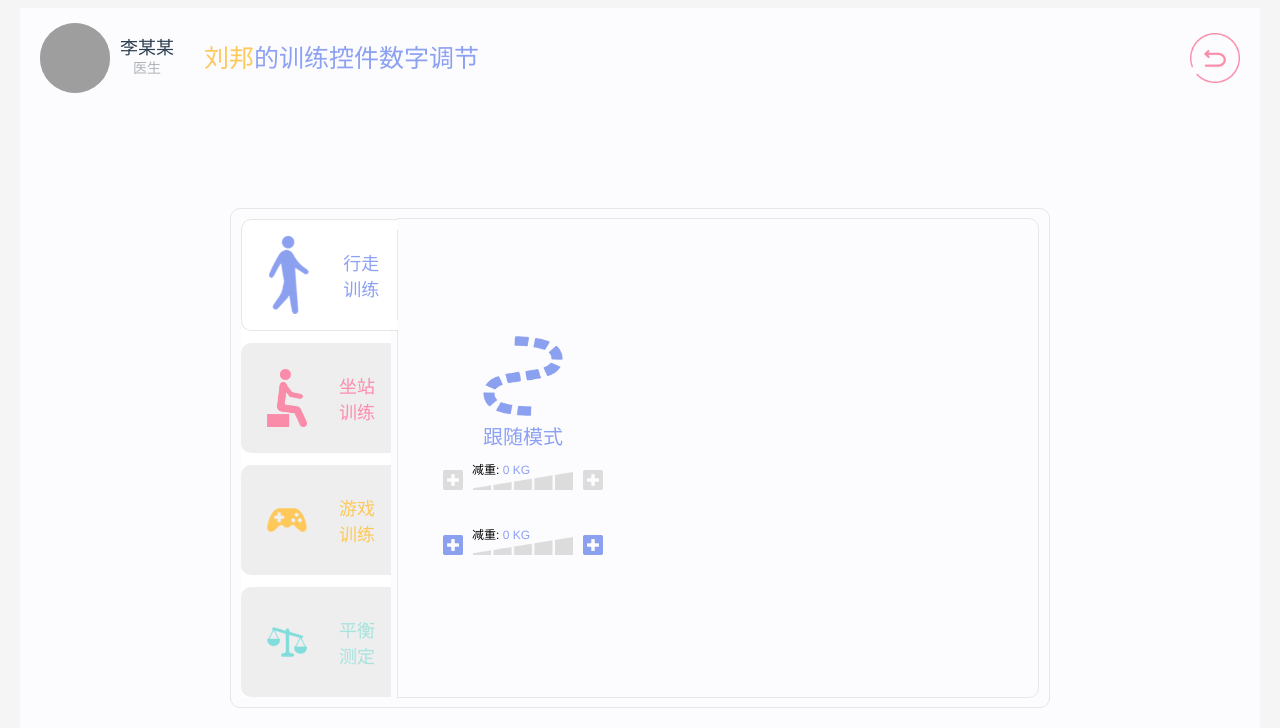
Repository: wangdanqing90/electron-vue-doctor
Page: /#/trainingAdjust
An editor plug-in stored every save of this project. The page is shown before and after the next save, followed by the edit.
The browser window is 1280 px wide. The pictures show the whole page.
Pictures or frames that could not be fetched are drawn as grey boxes. The project was rebuilt for these pictures with package versions that can differ from the ones it lists, and the page was loaded fresh each time. Also part of the build but not shown: vue.config.js, src/views/Home.vue, src/assets/styles/variable.scss, src/assets/styles/iconfont.css.

Above is the page before, as saved 2020-01-15 14:12:30.

### public/index.html
<!DOCTYPE html>
<html lang="en">
  <head>
    <meta charset="utf-8">
    <meta http-equiv="X-UA-Compatible" content="IE=edge">
    <meta name="viewport" content="width=device-width,initial-scale=1.0">
    <link rel="icon" href="<%= BASE_URL %>favicon.ico">
    <title>electron-vue-demo</title>
  </head>
  <body>
    <noscript>
      <strong>We're sorry but electron-vue-demo doesn't work properly without JavaScript enabled. Please enable it to continue.</strong>
    </noscript>
    <div id="app"></div>
    <!-- built files will be auto injected -->
  </body>
</html>

### src/main.js
import Vue from 'vue'
import ElementUI from 'element-ui';
import 'element-ui/lib/theme-chalk/index.css';
import App from './App.vue'
import router from './router'
import store from './store'


import './assets/styles/variable.scss';
import './assets/styles/base.scss';
import './assets/styles/common.scss';
import './assets/styles/iconfont.css';
import common from './assets/js/common.js';


Vue.config.productionTip = false;
Vue.prototype.common = common;
Vue.use(ElementUI);


var vm = new Vue({
  router,
  store,
  render: h => h(App)
}).$mount('#app')





//var addon = require('bindings')('hello');var addon = require('bindings')('hello');
//alert(addon.hello()); // 'world'

### src/App.vue
<template>
  <div id="app">
    <!-- <div id="nav">
      <router-link to="/">Home</router-link> |
      <router-link to="/about">About</router-link>
    </div>-->
    <keep-alive>
      <router-view v-if="$route.meta.keepAlive"></router-view>
    </keep-alive>
    <router-view v-if="!$route.meta.keepAlive"></router-view>
  </div>
</template>

<style lang="scss">
#app {
  font-family: "Avenir", Helvetica, Arial, sans-serif;
  -webkit-font-smoothing: antialiased;
  -moz-osx-font-smoothing: grayscale;
  text-align: center;
  color: #2c3e50;
  height: 100%;
}
#nav {
  padding: 30px;
  a {
    font-weight: bold;
    color: #2c3e50;
    &.router-link-exact-active {
      color: #42b983;
    }
  }
}
</style>

### src/assets/styles/base.scss
html {
  background: #f5f5f5;
  height: 100%;
}

body {
  height: 100%;
}

p {
  margin: 0;
  padding: 0;
}

ol,
ul {
  list-style: none;
  margin: 0;
  padding: 0;
}

a {
  cursor: pointer;
}

.wrap-white {
  background: #fff;
  padding-left: 20px;
  padding-right: 20px;
  overflow: hidden;

}

.el-breadcrumb {
  margin-bottom: 15px;
}

.el-titleText {
  font-size: 20px;
  color: black;
  height: 64px;
  line-height: 64px;
}

//::-webkit-scrollbar {
//  width: 5px;
//  height: 5px;
//}
//
//::-webkit-scrollbar:horizontal {
//  height: 15px;
//}
//
//::-webkit-scrollbar-track-piece:vertical {
//  background-color: rgba(0, 0, 0, 0.2);
//  -webkit-border-radius: 6px;
//}
//
//::-webkit-scrollbar-track:horizontal {
//  background-color: rgba(0, 0, 0, 0.2);
//}
//
//::-webkit-scrollbar-thumb:vertical {
//  height: 5px;
//  background-color: rgba(125, 125, 125, 0.7);
//  -webkit-border-radius: 6px;
//}
//
//::-webkit-scrollbar-thumb:horizontal {
//  width: 5px;
//  background-color: rgba(125, 125, 125, 0.7);
//}

input[type="text"],
input[type="number"] {
  //-webkit-appearance: none;
  background-color: #fff;
  border-radius: 4px;
  border: 1px solid #d8dce5;
  box-sizing: border-box;
  color: #5a5e66;
  display: inline-block;
  font-size: inherit;
  height: 40px;
  line-height: 1;
  outline: 0;
  padding: 0 15px;
  -webkit-transition: border-color .2s cubic-bezier(.645, .045, .355, 1);
  transition: border-color .2s cubic-bezier(.645, .045, .355, 1);
  width: 100%;

  &:hover {
    border-color: #b4bccc;
  }

  &:focus {
    border-color: #409EFF;
    outline: 0;
  }
}

/*滚动条*/
::-webkit-scrollbar {
  -webkit-appearance: none;
}

::-webkit-scrollbar:vertical {
  width: 10px;
}

::-webkit-scrollbar:horizontal {
  height: 10px;
}

::-webkit-scrollbar-thumb {
  background-color: rgba(0, 0, 0, .5);
  border-radius: 10px;
  border: 2px solid #ffffff;
}

::-webkit-scrollbar-track {
  border-radius: 10px;
  background-color: #ffffff;
}

/*margin*/
.margin-bottom-240 {
  margin-bottom: 240px;
}

.margin-top--10 {
  margin-top: -10px;
}

.margin-top--15 {
  margin-top: -15px;
}

.margin-top--18 {
  margin-top: -18px;
}

.margin-top--20 {
  margin-top: -20px;
}

.margin-top--40 {
  margin-top: -40px;
}

.margin-top--60 {
  margin-top: -60px;
}

.margin-top--80 {
  margin-top: -80px;
}

.margin-top--180 {
  margin-top: -180px;
}

.margin-top-0 {
  margin-top: 0px !important;
}

.margin-top-10 {
  margin-top: 10px;
}

.margin-top-15 {
  margin-top: 15px;
}

.margin-top-20 {
  margin-top: 20px;
}

.margin-top-25 {
  margin-top: 25px;
}

.margin-top-30 {
  margin-top: 30px;
}

.margin-top-35 {
  margin-top: 35px;
}

.margin-top-40 {
  margin-top: 40px;
}

.margin-top-46 {
  margin-top: 46px;
}

.margin-top-50 {
  margin-top: 50px;
}

.margin-top-60 {
  margin-top: 60px;
}

.margin-top-70 {
  margin-top: 70px;
}

.margin-top-80 {
  margin-top: 80px;
}

.margin-top-100 {
  margin-top: 100px;
}

.margin-bottom-0 {
  margin-bottom: 0px !important;
}

.margin-bottom-5 {
  margin-bottom: 5px;
}

.margin-bottom-10 {
  margin-bottom: 20px;
}

.margin-bottom-20 {
  margin-bottom: 20px;
}

.margin-bottom-25 {
  margin-bottom: 25px;
}

.margin-bottom-30 {
  margin-bottom: 30px;
}

.margin-bottom-40 {
  margin-bottom: 40px;
}

.margin-bottom-50 {
  margin-bottom: 50px;
}

.margin-bottom-60 {
  margin-bottom: 60px;
}

.margin-bottom-70 {
  margin-bottom: 70px;
}

.margin-left-0 {
  margin-left: 0px !important;
}

.margin-left-5 {
  margin-left: 5px;
}

.margin-left--15 {
  margin-left: -15px;
}

.margin-left--35 {
  margin-left: -35px;
}

.margin-left-10 {
  margin-left: 10px;
}

.margin-left-25 {
  margin-left: 25px;
}

.margin-left-30 {
  margin-left: 30px;
}

.margin-left-40 {
  margin-left: 40px;
}

.margin-right-0 {
  margin-right: 0px;
}

.margin-right-5 {
  margin-right: 5px;
}

.margin-right-10 {
  margin-right: 10px;
}

.margin-right-30 {
  margin-right: 30px;
}


.margin-right--15 {
  margin-right: -15px;
}

.margin-right--35 {
  margin-right: -35px;
}

.margin-right--50 {
  margin-right: -50px;
}

.margin-0 {
  margin: 0px;
}

.padding-top-5 {
  padding-top: 5px;
}

.padding-top-10 {
  padding-top: 10px;
}

.padding-top-15 {
  padding-top: 15px;
}

.padding-top-20 {
  padding-top: 20px;
}

.padding-top-26 {
  padding-top: 26px;
}

.padding-top-30 {
  padding-top: 30px;
}

.padding-top-35 {
  padding-top: 35px;
}

.padding-top-40 {
  padding-top: 40px;
}

.padding-top-60 {
  padding-top: 60px;
}

.padding-top-70 {
  padding-top: 70px;
}

.padding-top-100 {
  padding-top: 100px;
}

.padding-top-150 {
  padding-top: 150px;
}

.padding-top-250 {
  padding-top: 250px;
}

.padding-left-0 {
  padding-left: 0px;
}

.padding-left-5 {
  padding-left: 5px;
}

.padding-left-7 {
  padding-left: 7.5px;
}

.padding-left-10 {
  padding-left: 10px;
}

.padding-left-12 {
  padding-left: 12px;
}

.padding-left-15 {
  padding-left: 15px;
}

.padding-left-20 {
  padding-left: 20px;
}

.padding-left-24 {
  padding-left: 24px;
}

.padding-left-30 {
  padding-left: 30px;
}

.padding-left-40 {
  padding-left: 40px;
}

.padding-left-50 {
  padding-left: 50px;
}

.padding-left-70 {
  padding-left: 70px;
}

.padding-left-90 {
  padding-left: 90px;
}

.padding-bottom-5 {
  padding-bottom: 5px;
}

.padding-bottom-10 {
  padding-bottom: 10px;
}

.padding-bottom-20 {
  padding-bottom: 20px;
}

.padding-bottom-26 {
  padding-bottom: 26px;
}

.padding-bottom-30 {
  padding-bottom: 30px;
}

.padding-bottom-40 {
  padding-bottom: 40px;
}

.padding-bottom-50 {
  padding-bottom: 50px;
}

.padding-bottom-60 {
  padding-bottom: 60px;
}

.padding-bottom-100 {
  padding-bottom: 100px;
}

.padding-right-0 {
  padding-right: 0px;
}

.padding-right-7 {
  padding-right: 7.5px;
}

.padding-right-15 {
  padding-right: 15px;
}

.padding-right-30 {
  padding-right: 30px;
}

.padding-right-40 {
  padding-right: 40px;
}

.padding-right-50 {
  padding-right: 50px;
}

.padding-right-60 {
  padding-right: 60px;
}

.padding-right-90 {
  padding-right: 90px;
}

.padding-0 {
  padding: 0px !important;
}

.padding-15 {
  padding: 15px;
}

.padding-20 {
  padding: 20px;
}

@media (min-width: 992px) {
  .margin-left-15 {
    margin-left: 15px;
  }

  .margin-right-15 {
    margin-right: 15px;
  }
}

body {
  font-size: 12px;
  color: #7F8FA4;
  font-family: "Helvetica Neue", Helvetica, "PingFang SC", "Hiragino Sans GB", "Microsoft YaHei", "微软雅黑", Arial, sans-serif;
  box-sizing: border-box;
}

.container {
  width: 1200px;
  min-height: 100%;
  margin: 0 auto;
  background: #fcfcfe;
  padding: 0 20px;
}

.el-dialog__body {
  font-size: 12px;
}

.pb10 {
  padding-bottom: 10px;
}

.pb30 {
  padding-bottom: 30px;
}

.mb30 {
  margin-bottom: 30px;
}

.toolbar {
  background: #fff;
  padding: 10px;
  margin: 10px 0px;
  text-align: center;
}

.handleMoreWrap .el-dialog__body {
  padding: 10px;
}

.handleMore-title {
  text-align: center;
  padding-bottom: 6px;
}

.handleMoreHeight {
  max-height: 300px;
  overflow: hidden;
  overflow-y: auto;
  border-top: 1px solid #ddd;
  padding-top: 10px;
}

.el-table__header th {
  white-space: nowrap;
  font-size: 12px;
  font-weight: 100;
}

.content-wrapper {
  -webkit-overflow-scrolling: touch;
}

.center {
  text-align: center;
}

.text-right {
  text-align: right;
}

.text-left {
  text-align: left;
}

.f-left {
  float: left;
}

.f-right {
  float: right;
}

.hand {
  cursor: pointer;
}

/*flex兼容*/
.display_flex {
  display: -webkit-box;
  display: -ms-flexbox;
  display: -webkit-flex;
  display: flex;
}

// .display_flex>* {
//   display: block;
// }

.display_inline-flex {
  display: -webkit-inline-box;
  display: -ms-inline-flexbox;
  display: -webkit-inline-flex;
  display: inline-flex;
}

// .display_inline-flex>* {
//   display: block;
// }

/*伸缩流方向*/
.flex-direction_column {
  -webkit-box-orient: vertical;
  -ms-flex-direction: column;
  -webkit-flex-direction: column;
  flex-direction: column;
}

/*主轴对齐*/
.justify-content_flex-center {
  -webkit-box-pack: center;
  -ms-flex-pack: center;
  -webkit-justify-content: center;
  justify-content: center;
}

.justify-content_flex-start {
  -webkit-box-pack: start;
  -ms-flex-pack: start;
  -webkit-justify-content: flex-start;
  justify-content: flex-start;
}

.justify-content_flex-end {
  -webkit-box-pack: end;
  -ms-flex-pack: end;
  -webkit-justify-content: flex-end;
  justify-content: flex-end;
}

.justify-content_flex-justify {
  -webkit-box-pack: justify;
  -ms-flex-pack: justify;
  -webkit-justify-content: space-between;
  justify-content: space-between;
}

.justify-content_flex-around {
  -webkit-box-pack: justify;
  -ms-flex-pack: justify;
  -webkit-justify-content: space-around;
  justify-content: space-around;
}

/*侧轴对齐*/
.align-items_flex-start {
  -webkit-box-align: start;
  -ms-flex-align: start;
  -webkit-align-items: flex-start;
  align-items: flex-start;
}

.align-items_flex-end {
  -webkit-box-align: end;
  -ms-flex-align: end;
  -webkit-align-items: flex-end;
  align-items: flex-end;
}

.align-items_center {
  -webkit-box-align: center;
  -ms-flex-align: center;
  -webkit-align-items: center;
  align-items: center;
}

.align-items_baseline {
  -webkit-box-align: baseline;
  -ms-flex-align: baseline;
  -webkit-align-items: baseline;
  align-items: baseline;
}

/*伸缩性*/
.flex_auto {
  -webkit-box-flex: 1;
  -ms-flex: auto;
  -webkit-flex: auto;
  flex: auto;
}

.flex_1 {
  width: 0;
  -webkit-box-flex: 1;
  -ms-flex: 1;
  -webkit-flex: 1;
  flex: 1;
}

/*显示顺序*/
.order_2 {
  -webkit-box-ordinal-group: 2;
  -ms-flex-order: 2;
  -webkit-order: 2;
  order: 2;
}

.order_3 {
  -webkit-box-ordinal-group: 3;
  -ms-flex-order: 3;
  -webkit-order: 3;
  order: 3;
}

### src/assets/styles/common.scss
.clearfix {

  &::after {
    display: block;
    height: 0;
    content: ".";
    clear: both;
    visibility: hidden;
  }
}

.float-left {
  float: left;
}

.float-right {
  float: right;
}

.align-left {
  text-align: left;
}

.align-right {
  text-align: right;
}

.small-size {
  font-size: 12px !important;
}

.large-size {
  font-size: 16px !important;
}

.New-elFrom {
  padding: 10px;
  background: #fff;

  .el-form-item {
    margin-bottom: 0;
  }

  .el-form-item__label {
    padding: 0;
    line-height: 30px;
    font-size: 12px;
    color: #7F8FA4;

  }

  .el-form-item__content-btn {
    text-align: center;
    padding: 20px 0 10px;
  }

  .el-select {
    display: block;
  }

  .el-date-editor.el-input,
  .el-input-number--medium {
    width: 100%;
  }
}

.el-radio-group {
  display: flex;
  display: -webkit-flex;
}

.el-radio-group .el-radio-button {
  flex: 1;
}



.el-button.purple,
.el-button.purple:active,
.el-button.purple:focus,
.el-button.purple:hover {
  color: white;
  background-color: #8c69e7;
  border: none;
  box-shadow: 0 2px 12px 0 rgba(240, 240, 240, 0.1)
}



.el-dialog {
  border-radius: 10px;

  .el-dialog__body {
    .purple {
      color: $purpleFontColor;
      font-size: 20px;
    }
  }
}

.el-form-item__label {
  color: $purpleFontColor;
}

.el-message-box .el-message-box__content {
  color: $purpleFontColor;
  font-size: 20px;
  margin: 30px 0;
  text-align: center;
}

.purpleFontColor {
  color: $purpleFontColor;
}

.pinkFontColor {
  color: $pinkFontColor;
}

.greenFontColor {
  color: $greenFontColor;
}

.yellowFontColor {
  color: $yellowFontColor;
}

### src/assets/js/common.js
1
export default {
    login: function () {
        console.log("1111");
    },

    // 判断是否为空
    isNullOrBlank: function (strJudge) {
        return strJudge === null || strJudge === undefined || strJudge === '';
    },

    // 计算两个日期时间差
    DateDiff: function (sDate1, sDate2) { // sDate1和sDate2是2002-12-18格式
        var aDate, oDate1, oDate2, iDays
        aDate = sDate1.split('-')
        oDate1 = new Date(aDate[1] + '-' + aDate[2] + '-' + aDate[0])
        aDate = sDate2.split('-')
        oDate2 = new Date(aDate[1] + '-' + aDate[2] + '-' + aDate[0])
        iDays = parseInt(Math.abs(oDate1 - oDate2) / 1000 / 60 / 60 / 24)
        return iDays
    }
}

### src/views/TrainingAdjust/TrainingAdjust.vue
/* eslint-disable vue/no-unused-vars */
<template>
  <div class="container">
    <HeaderDoctor :leftImg="leftImg" :title="title" :titleName="titleName">
      <template v-slot:right>
        <div class="header-right-div display_flex justify-content_flex-center align-items_center">
          <img src="@/../images/back.png" @click="backClick" />
        </div>
      </template>
    </HeaderDoctor>

    <div class="inform-container">
      <div class="inform-inner display_flex justify-content_flex-justify align-items_center">
        <div
          class="left display_inline-flex flex-direction_column justify-content_flex-justify align-items_center"
        >
          <div
            class="left-inner"
            :class="activeClass == index ? 'active':''"
            v-for="(item,index) in tagList"
            :key="index"
            @click="getItem(index)"
          >
            <div
              class="left-inner-inner display_flex justify-content_flex-around align-items_center"
            >
              <img :src="item.imgsrc" />
              <div :class="item.colorClass">
                <div>{{item.name}}</div>
                <div>{{item.namebottom}}</div>
              </div>
            </div>
          </div>
        </div>
        <div class="right display_flex justify-content_flex-justify align-items_center">
          <AdjustContiner :type="1"></AdjustContiner>
        </div>
      </div>
    </div>
  </div>
</template>

<script>
import HeaderDoctor from "@/components/HeaderDoctor/HeaderDoctor.vue";
import AdjustContiner from "@/components/Adjust/AdjustContiner.vue";

export default {
  name: "trainingPlan",
  components: {
    HeaderDoctor,
    AdjustContiner
  },

  data() {
    return {
      leftImg: "",
      activeClass: 0,
      tagList: [
        {
          name: "行走",
          namebottom: "训练",
          id: 1,
          imgsrc: require("@/../images/walkingtraining.png"),
          colorClass: "purpleFontColor"
        },
        {
          name: "坐站",
          namebottom: "训练",
          id: 2,
          imgsrc: require("@/../images/stationtraining.png"),
          colorClass: "pinkFontColor"
        },
        {
          name: "游戏",
          namebottom: "训练",
          id: 3,
          imgsrc: require("@/../images/gametraining.png"),
          colorClass: "yellowFontColor"
        },
        {
          name: "平衡",
          namebottom: "测定",
          id: 4,
          imgsrc: require("@/../images/balancedetermination.png"),
          colorClass: "greenFontColor"
        }
      ]
    };
  },
  created() {
    this.leftImg = require("../../../images/logo.png");
    this.title = "的训练控件数字调节";
    this.titleName = "刘邦";
  },
  methods: {
    backClick() {
      this.$router.go(-1);
    },
    getItem(index) {
      this.activeClass = index; // 把当前点击元素的index，赋值给activeClass
    },
    selectClick(index) {
      // this.activeRightClass = index;
    }
  },
  watch: {}
};
</script>

<style scoped lang="scss">
.header {
  .header-right {
    img {
      width: 50px;
      margin-left: 20px;
    }
  }
}
.inform-container {
  box-sizing: border-box;
  margin: 100px auto;
  height: 500px;
  font-size: 12px;
  border-radius: 10px;
  border: 1px solid #e7e7e7;
  width: 820px;

  .inform-inner {
    box-sizing: border-box;
    padding: 10px;
    height: 100%;
    font-size: 18px;
    .left {
      width: 150px;
      background: white;
      height: 100%;
      z-index: 10;
      .left-inner {
        width: 100%;
        border-radius: 10px 0 0 10px;
        background: #eeeeee;
        .left-inner-inner {
          height: 90px;
          margin: 10px 0 10px 10px;
        }
        img {
          width: 40px;
        }
      }
      .active {
        background: white;
        border-top: 1px solid #e7e7e7;
        border-left: 1px solid #e7e7e7;
        border-bottom: 1px solid #e7e7e7;
        width: 156px;
        margin-right: -6px;
        .left-inner-inner {
          border-right: 1px solid #e7e7e7;
        }
      }
    }
    .right {
      width: 640px;
      height: 100%;
      border-top: 1px solid #e7e7e7;
      border-right: 1px solid #e7e7e7;
      border-bottom: 1px solid #e7e7e7;
      border-left: 1px solid #e7e7e7;
      border-radius: 0 10px 10px 0;
      color: #dcdcdc;
    }
  }
}
</style>

### src/components/HeaderDoctor/HeaderDoctor.vue
// 头部组件
<template>
  <el-row>
    <el-col :span="24" class="header">
      <div
        @click="jumpDoctorInform"
        class="header-left f-left display_flex justify-content_flex-center align-items_center"
      >
        <el-avatar
          :size="70"
          src="https://cube.elemecdn.com/0/88/03b0d39583f48206768a7534e55bcpng.png"
        ></el-avatar>
        <div
          class="display_flex flex-direction_column justify-content_flex-center align-items_center margin-left-10"
        >
          <div class="name">李某某</div>
          <div class="job">医生</div>
        </div>
      </div>
      <div class="header-middle-name f-left">{{titleName}}</div>
      <div class="header-middle f-left">{{title}}</div>

      <div class="header-right f-right">
        <slot name="right"></slot>
      </div>
    </el-col>
  </el-row>
</template>

<script>
export default {
  name: "HeaderDoctor",
  props: {
    msg: String,
    leftImg: {
      type: String,
      default: "../../../images/logo.png"
    },
    title: { String, default: "" },
    titleName: { String, default: "" }
  },

  data() {
    return {};
  },

  created() {},
  beforeDestroy() {},
  beforeMount() {},
  mounted() {},
  destroyed() {},
  methods: {
    jumpDoctorInform() {
      this.$router.push({
        path: "/detailInform",
        name: "detailInform",
        query: { type: "doctor" }
      });
    }
  }
};
</script>

<style scoped lang="scss">
.header {
  height: 100px;
  line-height: 100px;
  .header-left {
    height: 100%;
    text-align: left;
    margin-right: 30px;
    img {
      width: 150px;
    }
    .name {
      height: 20px;
      line-height: 20px;
      font-size: 18px;
    }
    .job {
      height: 20px;
      line-height: 20px;
      font-size: 14px;
      color: #b0b3b9;
    }
  }
  .header-middle-name {
    font-size: 25px;

    color: $yellowFontColor;
  }
  .header-middle {
    font-size: 25px;

    color: $purpleFontColor;
  }
  .header-right {
    height: 100%;
  }
}

::v-deep .header-right-div {
  height: 100%;
}
</style>

### src/components/Adjust/AdjustContiner.vue
// 调节组件
<template>
  <div class="adjust-container" :class="config.fontColor">
    <div class="top">
      <img :src="config.imgsrc" />
      <div>{{config.title}}</div>
    </div>
    <div class="bottom">
      <Adjust :disable="true" :adjust="config.adjusts[0]" :fontColor="config.fontColor"></Adjust>
      <Adjust :disable="false" :adjust="config.adjusts[0]" :fontColor="config.fontColor"></Adjust>
    </div>
  </div>
</template>

<script>
import Adjust from "@/components/Adjust/Adjust.vue";
export default {
  name: "AdjustContiner",
  components: {
    Adjust
  },
  props: {
    type: {
      type: Number,
      default: 0
    }
  },

  data() {
    return {
      config: {}
    };
  },

  created() {
    if (this.type === 1) {
      //跟随模式
      this.config = {
        title: "跟随模式",
        imgsrc: require("@/../images/followmode_1.png"),
        imgsrcGray: require("@/../images/followmode_2.png"),
        width: "120px",
        fontColor: "purpleFontColor",
        adjusts: [
          {
            name: "减重",
            step: 1,
            total: 0,
            unit: "KG"
          },
          {
            name: "定距",
            step: 10,
            total: 0,
            unit: "M"
          },
          {
            name: "速度",
            step: 100,
            total: 0,
            unit: "MM/s"
          }
        ]
      };
    }
  },
  beforeDestroy() {},
  beforeMount() {},
  mounted() {},
  destroyed() {},
  methods: {}
};
</script>

<style scoped lang="scss">
.adjust-container {
  width: 210px;
  padding: 50px 20px;
  //   .purpleFontColor {
  //     color: $purpleFontColor;
  //   }

  //   .pinkFontColor {
  //     color: $pinkFontColor;
  //   }

  //   .greenFontColor {
  //     color: $greenFontColor;
  //   }

  //   .yellowFontColor {
  //     color: $yellowFontColor;
  //   }
  .top {
    font-size: 20px;
    img {
      width: 80px;
    }
  }
}
</style>

### src/components/Adjust/Adjust.vue
// 调节组件
<template>
  <div class="adjust">
    <img class="adjustLeft" :src="this.disable?this.addDisableImg:this.addImg" />
    <img class="adjustMiddle" :src="this.imgArry[0]" />
    <img class="adjustRight" :src="this.disable?this.addDisableImg:this.addImg" />
    <div class="inform">
      <span>{{adjust.name}}:</span>
      {{adjust.total}} {{adjust.unit}}
    </div>
  </div>
</template>

<script>
export default {
  name: "Adjust",
  props: {
    adjust: {
      type: Object,
      default: () => {}
    },
    fontColor: {
      type: String,
      default: "purpleFontColor"
    },
    disable: {
      type: Boolean,
      default: false
    }
  },

  data() {
    return {
      addDisableImg: require("@/../images/add_3.png"),
      addImg: "",
      imgArry: []
    };
  },

  created() {
    console.log(this.adjust);
    if (this.fontColor == "purpleFontColor") {
      this.addImg = require("@/../images/add_1.png");
      this.imgArry = [
        require("@/../images/blue_0.png"),
        require("@/../images/blue_1.png"),
        require("@/../images/blue_2.png"),
        require("@/../images/blue_3.png"),
        require("@/../images/blue_4.png"),
        require("@/../images/blue_5.png")
      ];
    }
  },
  beforeDestroy() {},
  beforeMount() {},
  mounted() {},
  destroyed() {},
  methods: {}
};
</script>

<style scoped lang="scss">
.adjust {
  position: relative;
  padding: 20px 0;
  .adjustLeft,
  .adjustRight {
    width: 20px;
  }
  .adjustMiddle {
    width: 100px;
    margin: 0 10px;
  }
  .inform {
    font-size: 12px;
    position: absolute;
    top: 10px;
    left: 54px;
    span {
      color: black;
    }
  }
}
</style>

Loaded but not shown: src/store.js (common file); src/router.js (99 lines, source omitted)

After the next save:
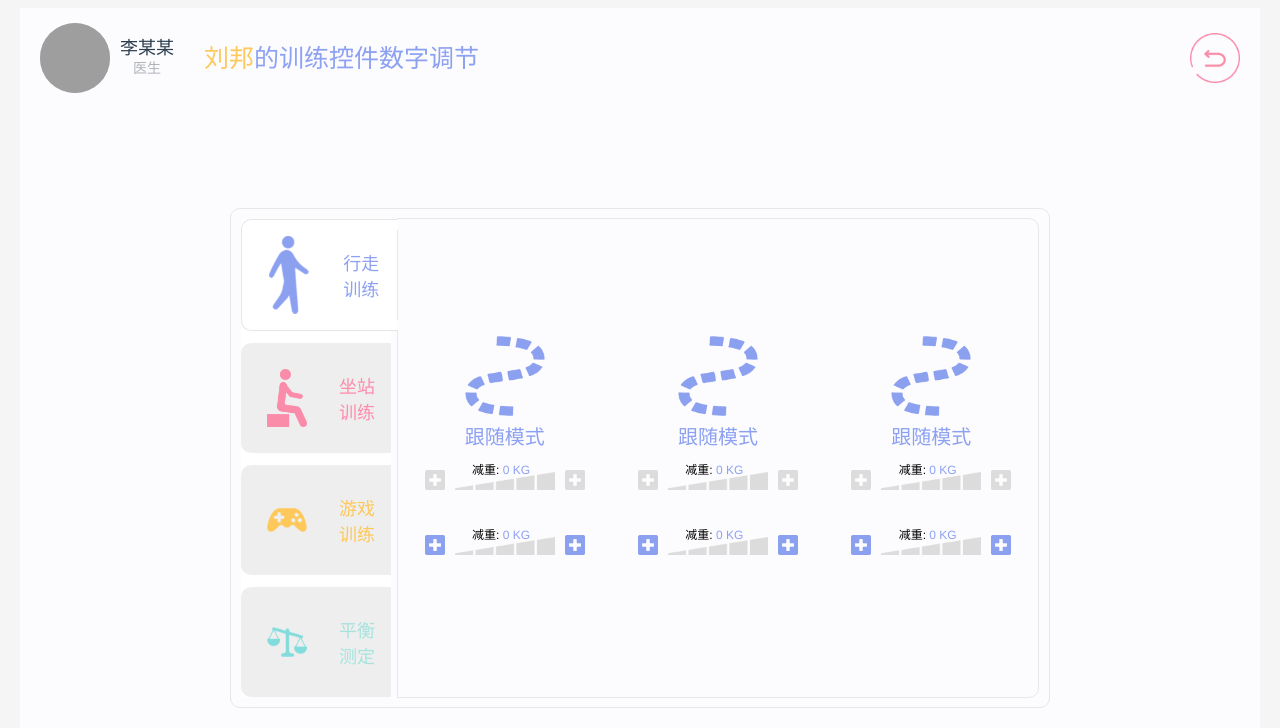
Saved 33 s later.
--- a/src/views/TrainingAdjust/TrainingAdjust.vue
+++ b/src/views/TrainingAdjust/TrainingAdjust.vue
@@ -33,6 +33,8 @@
           </div>
         </div>
         <div class="right display_flex justify-content_flex-justify align-items_center">
+          <AdjustContiner :type="1"></AdjustContiner>
+          <AdjustContiner :type="1"></AdjustContiner>
           <AdjustContiner :type="1"></AdjustContiner>
         </div>
       </div>
